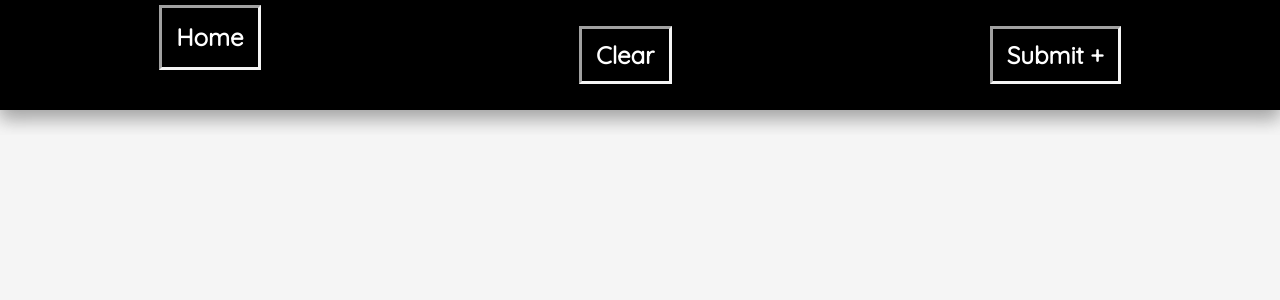
Repository: rickypcyt/WebMural
Page: /
An editor plug-in stored every save of this project. The page is shown before and after a run of saves, followed by the edit.
The browser window is 1280 px wide. The pictures show the whole page.
The project was rebuilt for these pictures with package versions that can differ from the ones it lists, and the page was loaded fresh each time.

Above is the page before, as saved 2022-09-12 14:00:22.

After the next 4 saves:
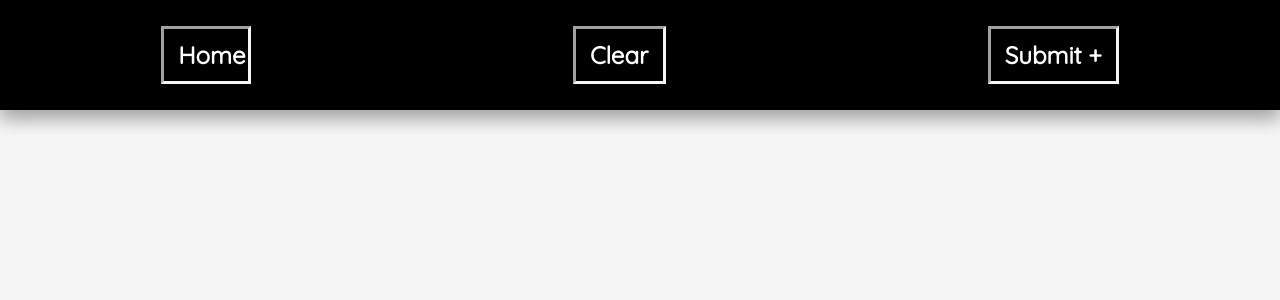
The 4 saves are shown as one change because they came seconds apart.
The last was saved 15 s later.
--- a/src/Pages/WebMural.js
+++ b/src/Pages/WebMural.js
@@ -30,11 +30,11 @@ const UploadAndDisplayImage = () => {
     <main>
       <nav className="cabeceranavi">
         <ol>
-          <div>
-            <CustomLink to="/" className="oli">
+          <CustomLink>
+            <div CustomLink to="/" className="oli">
               Home
-            </CustomLink>
-          </div>
+            </div>
+          </CustomLink>
           <nav className="oli" onClick={() => handleImageChange(null)}>
             Clear
           </nav>
